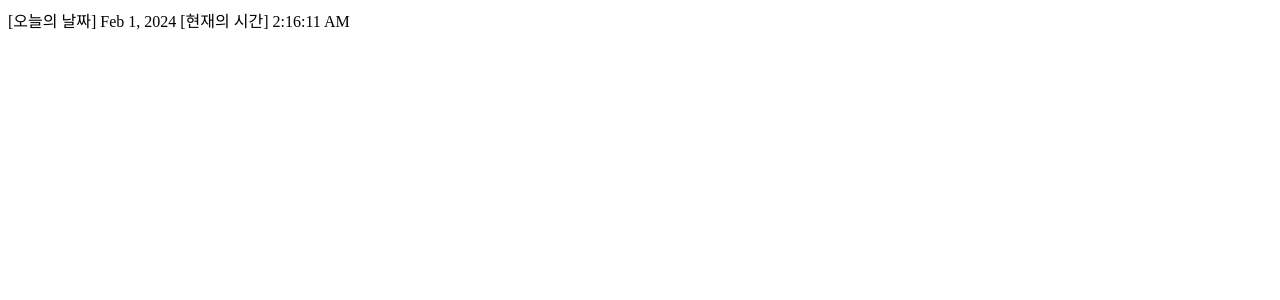
Repository: seonghun9906/sts3-Springboot
Page: http://localhost/spring-jsp02/today
These files come from the project's save history. The page is drawn as it stood at one moment and after the next save; the edit follows.
The browser window is 1280 px wide. The pictures show the whole page.
The page is served by Tomcat 9.

Above is the page before, as saved 2024-02-05 04:25:23.

After the next save:
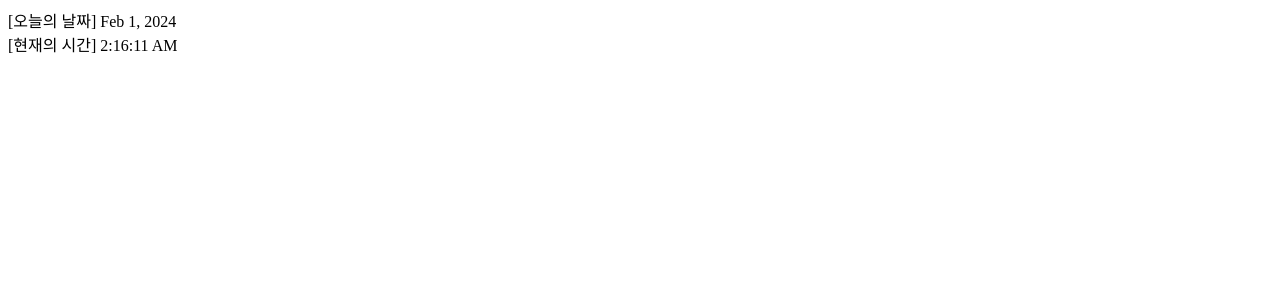
Saved 10 s later.
--- a/spring-jsp02/src/main/webapp/WEB-INF/views/today.jsp
+++ b/spring-jsp02/src/main/webapp/WEB-INF/views/today.jsp
@@ -13,7 +13,7 @@
 <title>현재 일시</title>
 </head>
 <body>
-[오늘의 날짜] <fmt:formatDate value="${date}"/>
+[오늘의 날짜] <fmt:formatDate value="${date}"/><br>
 [현재의 시간] <fmt:formatDate value="${date}" type="time"/>
 </body>
 </html>
